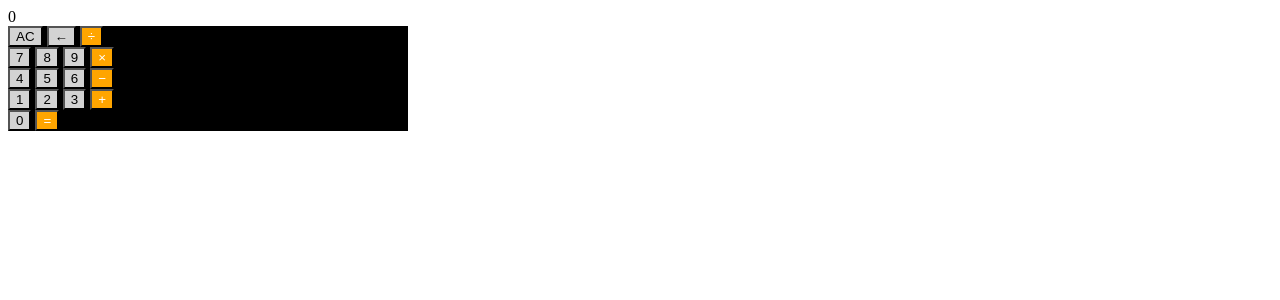
Repository: KaylaDamons/LAB-calculator
Page: index.html
An editor plug-in stored every save of this project. The page is shown before and after the next save, followed by the edit.
The browser window is 1280 px wide. The pictures show the whole page.

Above is the page before, as saved 2024-01-13 18:50:17.

After the next save:
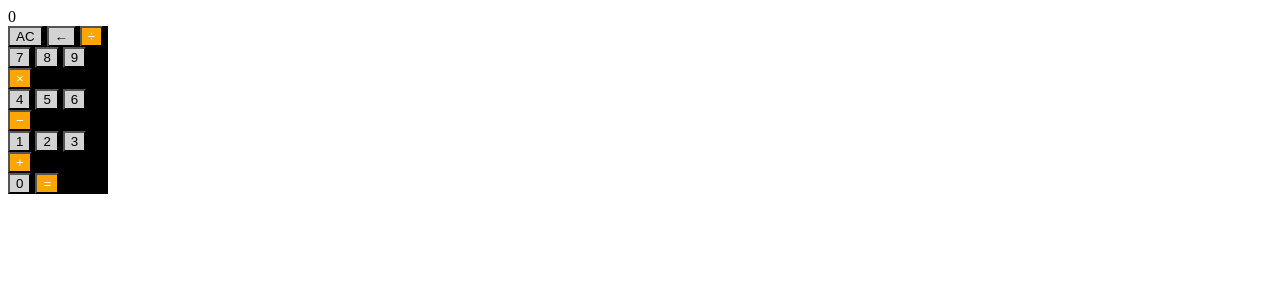
Saved 20 s later.
--- a/main.css
+++ b/main.css
@@ -3,7 +3,7 @@
   display: grid;
   flex-wrap: wrap;
   background-color:black;
-  width: 400px;
+  width: 100px;
  }
 
 
